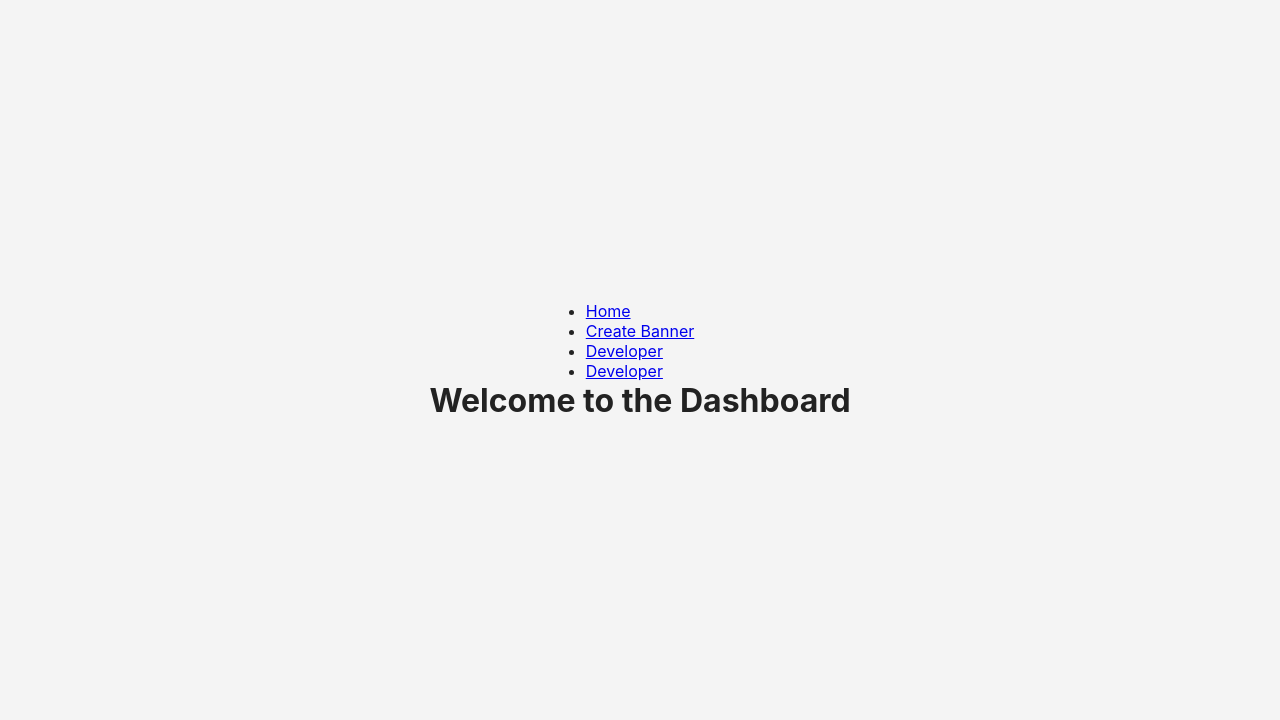
Repository: Yuravolontir/--Baner-Editor--
Page: dashboard.html
An editor plug-in stored every save of this project. The page is shown before and after the next save, followed by the edit.
The browser window is 1280 px wide. The pictures show the whole page.

Above is the page before, as saved 2025-07-15 22:41:36.
Console error: TypeError: Cannot read properties of null (reading 'addEventListener')

### dashboard.html
<!DOCTYPE html>
<html lang="en">
<head>
    <meta charset="UTF-8">
    <meta name="viewport" content="width=device-width, initial-scale=1.0">
    <title>Document</title>
    <link rel="stylesheet" href="/styles/styles.css">
    <script type="module" src="/scripts/index.js"></script>

</head>
<body>

<nav>
    <ul>
    <li><a href="/dashboard.html">Home</a></li>
    <li><a href="/banner.html">Create Banner</a></li>
    <li><a href="/thanks-to-developer.html">Developer</a></li>
    <li><a href="/thanks-to-developer.html">Developer</a></li>
    </ul>
</nav>

<h1>Welcome to the Dashboard</h1>
</body>
</html>

### styles/styles.css
/* styles.css */

:root {
  --font-main: 'Inter', sans-serif;
  --color-bg: #f4f4f4;
  --color-dark: #222;
  --color-accent: #3f51b5;
  --control-bg: #fff;
  --border-radius: 0.8rem;
  --spacing: 1rem;
}

* {
  margin: 0;
  padding: 0;
  box-sizing: border-box;
}

html, body {
  font-family: var(--font-main);
  background-color: var(--color-bg);
  color: var(--color-dark);
  height: 100%;
}

body {
  display: flex;
  flex-direction: column;
  padding: 1rem;
  align-items: center;
  justify-content: center;
}

#form-container {
  background-color: var(--control-bg);
  padding: 2rem;
  border-radius: var(--border-radius);
  box-shadow: 0 0 10px rgba(0, 0, 0, 0.1);
  width: 100%;
  max-width: 400px;
}

form label {
  font-weight: bold;
  margin-bottom: 0.3rem;
  display: block;
}

form input[type="text"],
form input[type="email"],
form input[type="password"] {
  width: 100%;
  padding: 0.6rem;
  margin-bottom: 1rem;
  font-size: 1rem;
  border: 1px solid #ccc;
  border-radius: var(--border-radius);
}

button[type="submit"] {
  background-color: var(--color-accent);
  color: white;
  border: none;
  padding: 0.8rem 1.2rem;
  font-size: 1rem;
  border-radius: var(--border-radius);
  cursor: pointer;
  transition: background-color 0.2s ease;
  width: 100%;
}

button[type="submit"]:hover {
  background-color: #2c3e91;
}

@media (max-width: 500px) {
  #form-container {
    padding: 1rem;
  }
}

### scripts/index.js
import {createBanner, updateBannerHeading, updateBannerText, updateBannerColor,updateBannerHeadingColor , updateBannerTextColor,updateHeadingFont , updateTextFont, updateHeadingFontSize, updateTextFontSize, updateDesignStyle} from "./banner.js";




document.getElementById("250X250").addEventListener('click', createBanner);
document.getElementById("300X600").addEventListener('click', createBanner);


document.getElementById("bannerHeading").addEventListener('input', updateBannerHeading);

document.getElementById("bannerText").addEventListener('input', updateBannerText);

document.getElementById("BackgroundColor").addEventListener('input', updateBannerColor);

document.getElementById("HeadingColor").addEventListener('input', updateBannerHeadingColor);

document.getElementById("TextColor").addEventListener('input', updateBannerTextColor);

document.getElementById("head-font").addEventListener('input', updateHeadingFont);

document.getElementById("text-font").addEventListener('input', updateTextFont);

document.getElementById("headingFontSize").addEventListener('input', updateHeadingFontSize)

document.getElementById("textFontSize").addEventListener('input', updateTextFontSize);

document.getElementById("designStyle").addEventListener("change", updateDesignStyle);



// Add event listener for the download button
document.getElementById("downloadBanner").addEventListener("click", () => {
    const banner = document.getElementById("generatedBanner");
    if (!banner) return;

    html2canvas(banner).then(canvas => {
        const link = document.createElement("a");
        link.download = "my-banner.png";
        link.href = canvas.toDataURL();
        link.click();
    });
});
// Add event listener for the download button

### scripts/banner.js





export function createBanner(event) {
    event.preventDefault();
    const blank = document.querySelector("#preview");
    blank.innerHTML = "";
    const div = document.createElement("div");
    div.id = "generatedBanner"; // So we can update it later

    if (event.target.id === "300X600")
    {
    div.style.width = "300px";
    div.style.height = "600px";
    }
     if (event.target.id === "250X250")
    {
     div.style.width = "250px";
     div.style.height = "250px";
    }

    div.style.border = "1px solid black";
    div.style.background = "white";

    const h1 = document.createElement("h1");
    h1.id = "bannerH1"; // So we can update it
    h1.style.textAlign = "center";
    h1.textContent = document.getElementById("bannerHeading").value;

    const pre = document.createElement("pre");
    pre.id = "bannerPre"; // So we can update it
    pre.style.textAlign = "center";
    pre.textContent = document.getElementById("bannerText").value;

    div.appendChild(h1);
    div.appendChild(pre);

    blank.appendChild(div);
}
export function updateBannerHeading() {
    const h1 = document.getElementById("bannerH1");
    if (h1) {
        h1.textContent = document.getElementById("bannerHeading").value;
    }
}

export function updateBannerText() {
        const pre = document.getElementById("bannerPre");
    if (pre) {
        pre.textContent = document.getElementById("bannerText").value;
    }
}


export function updateBannerColor() {
    const div = document.getElementById("generatedBanner");
    if (div) {
        div.style.backgroundColor = document.getElementById("BackgroundColor").value;
    }
}

export function updateBannerHeadingColor() {
            const h1= document.getElementById("bannerH1");
    if (h1) {
        h1.style.color = document.getElementById("HeadingColor").value;
    }
}

export function updateBannerTextColor() {
        const pre = document.getElementById("bannerPre");
    if (pre) {
        pre.style.color = document.getElementById("TextColor").value;
    }
}

export function updateHeadingFont() {
    const h1 = document.getElementById("bannerH1");
    if (h1) {
        h1.style.fontFamily = document.getElementById("head-font").value;
    }
}
export function updateTextFont() {
    const pre = document.getElementById("bannerPre");
    if (pre) {
        pre.style.fontFamily = document.getElementById("text-font").value;
    }
}

export function updateHeadingFontSize() {
    const h1 = document.getElementById("bannerH1");
    if (h1) {
        h1.style.fontSize = document.getElementById("headingFontSize").value + "px";
    }
}
export function updateTextFontSize() {
    const pre = document.getElementById("bannerPre");
    if (pre) {
        pre.style.fontSize = document.getElementById("textFontSize").value + "px";
    }
}

export function updateDesignStyle() {
    const div = document.getElementById("generatedBanner");
    const style = document.getElementById("designStyle").value;

    if (!div) return;

    // Reset all first
    div.style.border = "";
    div.style.background = "";
    div.style.color = "";
    div.style.fontFamily = "";

    switch (style) {
        case "minimal":
            div.style.background = "white";
            div.style.color = "#222";
            div.style.border = "1px solid #ccc";
            div.style.fontFamily = "Inter";
            break;

        case "bold":
            div.style.background = "linear-gradient(135deg, #ff6b6b, #6a00f4)";
            div.style.color = "white";
            div.style.border = "none";
            div.style.fontFamily = "Rubik";
            break;

        case "pixel":
            div.style.background = "black";
            div.style.color = "#00ff00";
            div.style.border = "2px solid #444";
            div.style.fontFamily = "'Press Start 2P'";
            break;
    }
}

After the next save:
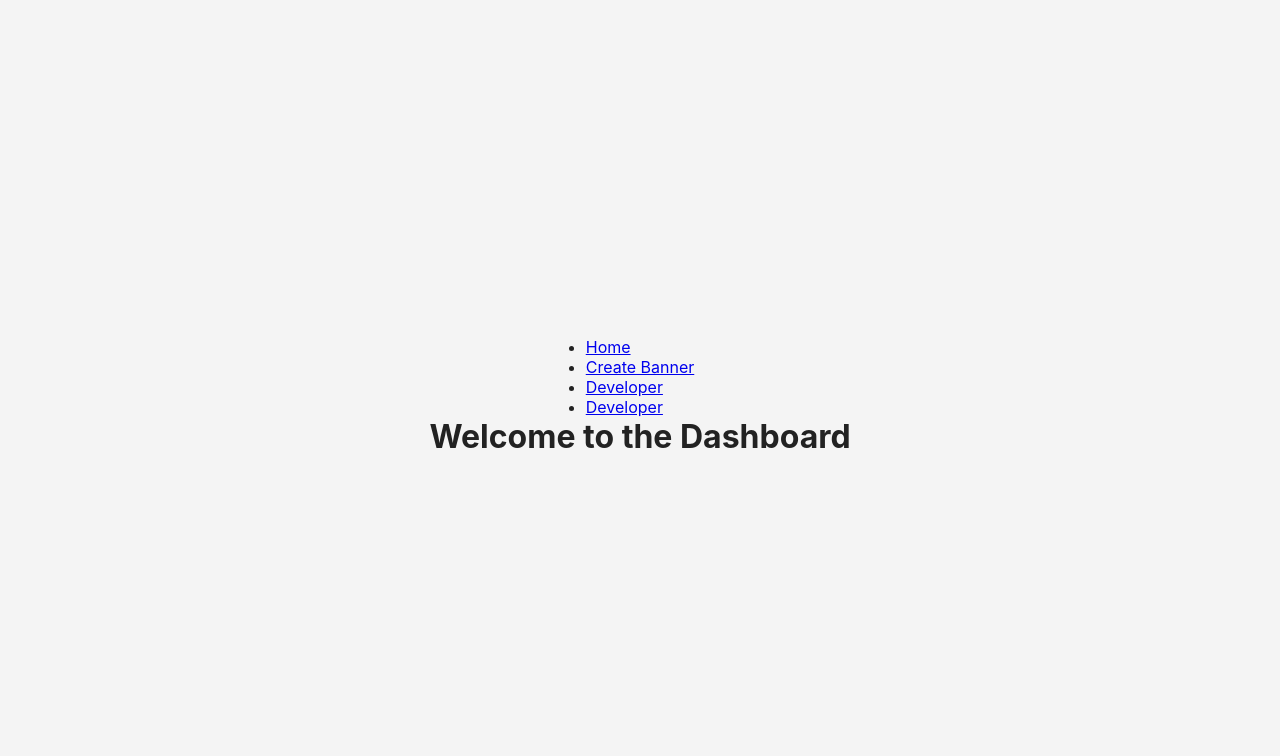
Saved 23 s later.
--- a/styles/styles.css
+++ b/styles/styles.css
@@ -29,6 +29,7 @@
   padding: 1rem;
   align-items: center;
   justify-content: center;
+  margin: 5vh;
 }
 
 #form-container {

After the save that followed:
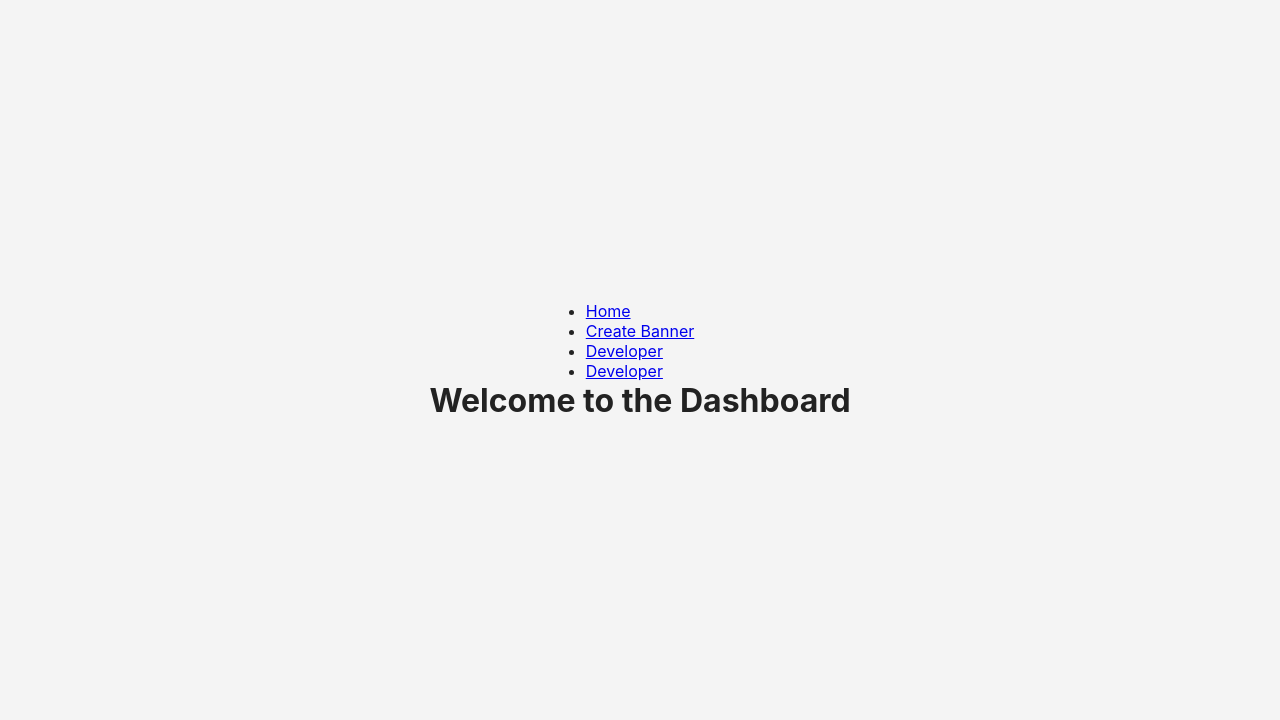
Saved 10 s later.
--- a/styles/styles.css
+++ b/styles/styles.css
@@ -29,7 +29,6 @@
   padding: 1rem;
   align-items: center;
   justify-content: center;
-  margin: 5vh;
 }
 
 #form-container {
